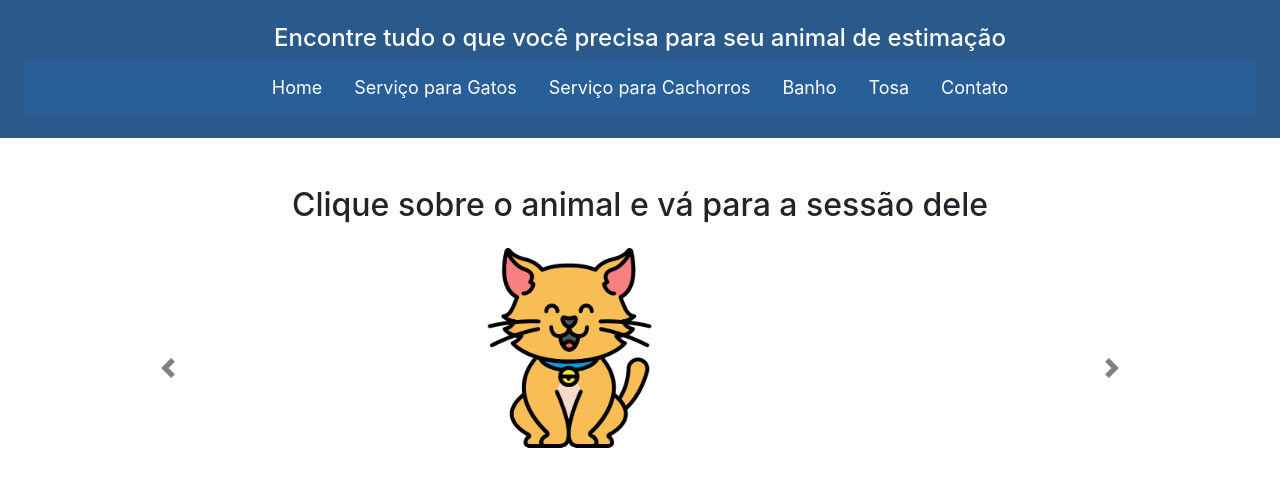
Repository: graeff01/petshop-project
Page: index.html
An editor plug-in stored every save of this project. The page is shown before and after a run of saves, followed by the edit.
The browser window is 1280 px wide. The pictures show the part of the page from y = 0 to 488 px (the page is 1672 px tall before and 1668 px after).
A picture or video elsewhere on the page could not be fetched, so the positions and the page height are approximate.

Above is the page before, as saved 2024-09-18 11:35:23.

After the next 2 saves:
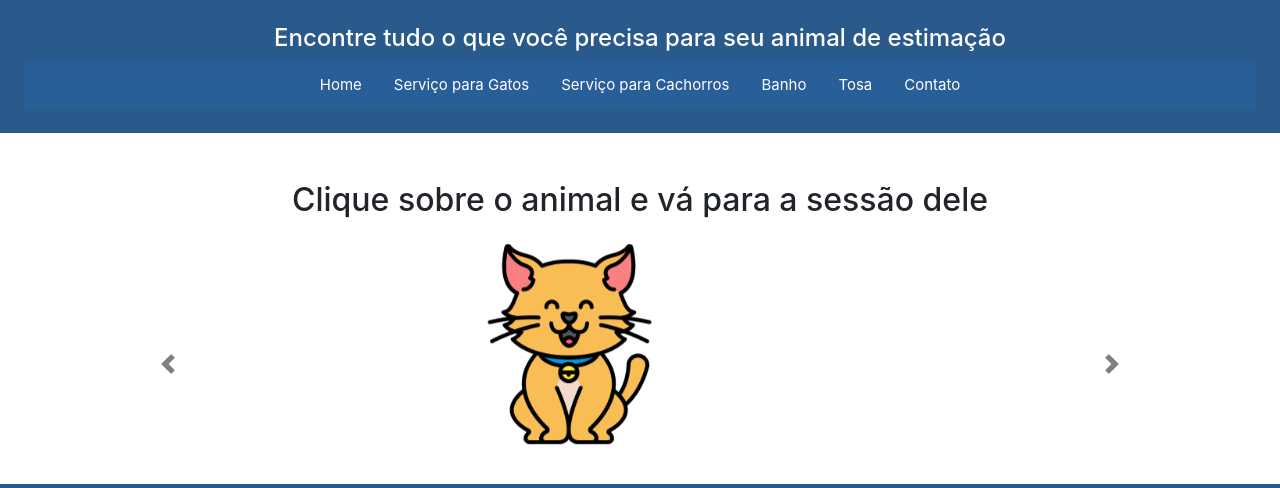
The 2 saves are shown as one change because they came seconds apart.
The last was saved 8 s later.
--- a/css/style.css
+++ b/css/style.css
@@ -36,7 +36,7 @@ nav ul li {
 nav ul li a {
     color: rgb(255, 255, 255);
     text-decoration: none;
-    font-size: 18px;
+    font-size: 15px;
     transition: color 0.3s ease;
 }
 
